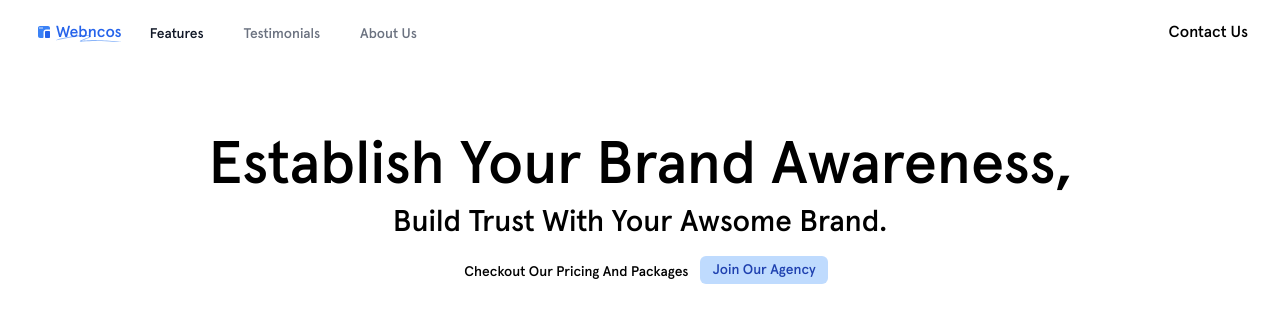
Repository: 1realjulius/webncos
Page: /
An editor plug-in stored every save of this project. The page is shown before and after the next save, followed by the edit.
The browser window is 1280 px wide. The pictures show the whole page.
The project was rebuilt for these pictures with package versions that can differ from the ones it lists, and the page was loaded fresh each time. A package was used in the major version that the imports need, not the one package.json lists. The framework's server and built-in components were replaced by stand-ins that run in the browser. Also part of the build but not shown: next.config.js.

Above is the page before, as saved 2022-08-22 04:13:52.

### pages/index.tsx
import type { NextPage } from 'next'
import Head from 'next/head'
import MainHome from '../components/MainHome'
import NavigationBar from '../components/NavigationBar'

const Home: NextPage = () => {
  return (
    <div className="flex min-h-screen flex-col font-ApercuMedium">
      <Head>
      <title>Webncos</title>
        <meta name="description" content="Website and Software Development Agency." />
        <meta property="og:type" content="website"/>
        <meta property="og:url" content="https://www.webncos.com/"/>
        <meta property="og:title" content="Webncos — Website and Software Development Agency."/>
        <meta property="og:description" content="Website and Software Development Agency."/>
        {/* <meta property="og:image" content="/Assets/newmemoji.svg"/> */}
        {/* <meta property="twitter:card" content="/Assets/Julius_Eghan.jpg"/> */}
        <meta property="twitter:url" content="https://www.webncos.com/"/>
        <meta property="twitter:title" content="Webncos — Website and Software Development Agency."/>
        <meta property="twitter:description" content="Website and Software Development Agency."/>
        {/* <meta property="twitter:image" content="/Assets/Julius_Eghan.jpg"/> */}
        <link rel="icon" href="/favicon.ico" />
        {/* <meta name="google-site-verification" content="0HesePHVymRqGiL70HUKPIq0Zsap0uUIb_Ci0DpImRY" /> */}
        <meta name="theme-color" content="#f7f2f2"   media="(prefers-color-scheme: light)"/>
        <meta name="theme-color" content="#090c10"   media="(prefers-color-scheme: dark)"/>
      </Head>
      <NavigationBar/>
      <MainHome/>

    </div>
  )
}

export default Home

### styles/globals.css
@tailwind base;
@tailwind components;
@tailwind utilities;

@layer base{
      @font-face{
        font-family: 'ApercuBold';
        src: url("/Fonts/ApercuPro-Bold.woff") format("woff"),url("/Fonts/ApercuPro-Bold.woff2") format("woff2");
      }
      @font-face{
        font-family: 'ApercuMedium';
        src: url("/Fonts/ApercuPro-Medium.woff") format("woff"),url("/Fonts/ApercuPro-Medium.woff2") format("woff2");
      }
    }

### components/MainHome.tsx
import Link from "next/link";
import React from "react";

const MainHome = () => {
  return (
    <div>
      {/* header */}
      <div>
        <div className=" flex flex-col items-center justify-center my-14">
          <div className="pt-4 pb-2">
            <h1 className="text-4xl md:text-6xl text-center">Establish Your Brand Awareness,</h1>
          </div>
          <div className="pb-4">
            <h2 className="text-xl md:text-3xl">Build Trust With Your Awsome Brand.</h2>
          </div>
          <div className="flex flex-col md:flex-row items-center">
            <div className="px-3 py-1 pb-4 md:pb-0">
              <Link href="#">
                <h3 className="text-sm">Checkout Our Pricing And Packages</h3>
              </Link>
            </div>
            <div className="px-3 py-1 rounded-md bg-blue-200">
              <Link href="#">
                <h3 className="text-blue-800 text-sm">Join Our Agency</h3>
              </Link>
            </div>
          </div>
        </div>
      </div>
      {/* Frameworks I use */}
      <div></div>
      {/* Services We offer (Features) */}
      <div></div>
      {/* Testimonials */}
      <div></div>
      {/* FAQs */}
      <div></div>
      {/* Other Sections */}
      <div></div>
    </div>
  );
};

export default MainHome;

### components/NavigationBar.tsx
/* This example requires Tailwind CSS v2.0+ */
import { Fragment } from "react";
import { Disclosure, Menu, Transition } from "@headlessui/react";
import { BellIcon, MenuIcon, XIcon } from "@heroicons/react/outline";

function classNames(...classes: string[]) {
  return classes.filter(Boolean).join(" ");
}

export default function NavigationBar() {
  return (
    <Disclosure as="nav" className="bg-white">
      {({ open }) => (
        <>
          <div className="max-w-7xl mx-auto px-4 sm:px-6 lg:px-8">
            <div className="flex justify-between h-16">
              <div className="flex">
                <div className="flex-shrink-0 flex items-center">
                  {/* the logo */}
                  <h1 className="text-base leading-none flex flex-row items-center">
                    <span>
                      <svg className="h-6 w-6 " viewBox="0 0 24 24" fill="none">
                        <path
                          fillRule="evenodd"
                          clipRule="evenodd"
                          d="M8 6C6.89543 6 6 6.89543 6 8V16C6 17.1046 6.89543 18 8 18H10.5C11.0523 18 11.5 17.5523 11.5 17V12C11.5 10.6193 12.6193 9.5 14 9.5H18V8C18 6.89543 17.1046 6 16 6H8ZM7.25 8C7.25 7.58579 7.58579 7.25 8 7.25H8.01C8.42421 7.25 8.76 7.58579 8.76 8C8.76 8.41421 8.42421 8.75 8.01 8.75H8C7.58579 8.75 7.25 8.41421 7.25 8ZM10 7.25C9.58579 7.25 9.25 7.58579 9.25 8C9.25 8.41421 9.58579 8.75 10 8.75H10.01C10.4242 8.75 10.76 8.41421 10.76 8C10.76 7.58579 10.4242 7.25 10.01 7.25H10Z"
                          fill="#E879F9"
                          className="fill-blue-500 "
                        ></path>
                        <path
                          d="M13 12C13 11.4477 13.4477 11 14 11H17C17.5523 11 18 11.4477 18 12V17C18 17.5523 17.5523 18 17 18H14C13.4477 18 13 17.5523 13 17V12Z"
                          fill="#F0ABFC"
                          className="fill-blue-600 "
                        ></path>
                      </svg>
                    </span>
                    <span className="relative whitespace-nowrap text-blue-600 cursor-pointer">
                      <svg
                        aria-hidden="true"
                        viewBox="0 0 418 42"
                        className="absolute top-2/3 left-0 h-[0.48em] w-full fill-blue-500/60"
                        preserveAspectRatio="none"
                      >
                        <path d="M203.371.916c-26.013-2.078-76.686 1.963-124.73 9.946L67.3 12.749C35.421 18.062 18.2 21.766 6.004 25.934 1.244 27.561.828 27.778.874 28.61c.07 1.214.828 1.121 9.595-1.176 9.072-2.377 17.15-3.92 39.246-7.496C123.565 7.986 157.869 4.492 195.942 5.046c7.461.108 19.25 1.696 19.17 2.582-.107 1.183-7.874 4.31-25.75 10.366-21.992 7.45-35.43 12.534-36.701 13.884-2.173 2.308-.202 4.407 4.442 4.734 2.654.187 3.263.157 15.593-.78 35.401-2.686 57.944-3.488 88.365-3.143 46.327.526 75.721 2.23 130.788 7.584 19.787 1.924 20.814 1.98 24.557 1.332l.066-.011c1.201-.203 1.53-1.825.399-2.335-2.911-1.31-4.893-1.604-22.048-3.261-57.509-5.556-87.871-7.36-132.059-7.842-23.239-.254-33.617-.116-50.627.674-11.629.54-42.371 2.494-46.696 2.967-2.359.259 8.133-3.625 26.504-9.81 23.239-7.825 27.934-10.149 28.304-14.005.417-4.348-3.529-6-16.878-7.066Z"></path>
                      </svg>
                      <span className="relative leading-none">Webncos</span>
                    </span>
                  </h1>
                </div>
                <div className="hidden sm:ml-6 sm:flex sm:space-x-8">
                  <a
                    href="#"
                    className="text-gray-900 inline-flex items-center px-1 pt-1 text-sm "
                  >
                    Features
                  </a>
                  <a
                    href="#"
                    className=" text-gray-500 hover:text-gray-700 inline-flex items-center px-1 pt-1  text-sm"
                  >
                    Testimonials
                  </a>
                  <a
                    href="#"
                    className=" text-gray-500 hover:text-gray-700 inline-flex items-center px-1 pt-1  text-sm"
                  >
                    About Us
                  </a>
                </div>
              </div>
              <div className="hidden sm:ml-6 sm:flex sm:items-center">
                <div>
                  <h2>Contact Us</h2>
                </div>
              </div>
              <div className="-mr-2 flex items-center sm:hidden">
                {/* Mobile menu button */}
                <Disclosure.Button className="inline-flex items-center justify-center p-2 rounded-full text-gray-400 hover:text-gray-500 hover:bg-gray-100 ">
                  <span className="sr-only">Open main menu</span>
                  {open ? (
                    <XIcon className="block h-6 w-6" aria-hidden="true" />
                  ) : (
                    <MenuIcon className="block h-6 w-6" aria-hidden="true" />
                  )}
                </Disclosure.Button>
              </div>
            </div>
          </div>

          <Disclosure.Panel className="sm:hidden border-2 rounded-lg px-4 mx-2">
            <div className="flex flex-col py-1 space-y-1">
                <a href="#">Features</a>
                <a href="#">Testimonials</a>
                <a href="#">About Us</a>
            </div>
            <div className="flex py-2">
                <div className="px-3 py-1 bg-blue-200 rounded-md">
                    <h2 className="text-blue-800 text-sm">Contact Us</h2>
                </div>
            </div>
          </Disclosure.Panel>
        </>
      )}
    </Disclosure>
  );
}

### tailwind.config.js
/** @type {import('tailwindcss').Config} */
module.exports = {
  content: [
    './pages/**/*.{js,ts,jsx,tsx}',
    './components/**/*.{js,ts,jsx,tsx}',
  ],
  theme: {
    extend: {
      fontFamily: {
        ApercuBold: 'ApercuBold, sans',
        ApercuMedium: 'ApercuMedium, sans',
      },
    },
  },
  plugins: [],
}

Loaded but not shown: pages/_app.tsx (common file)

After the next save:
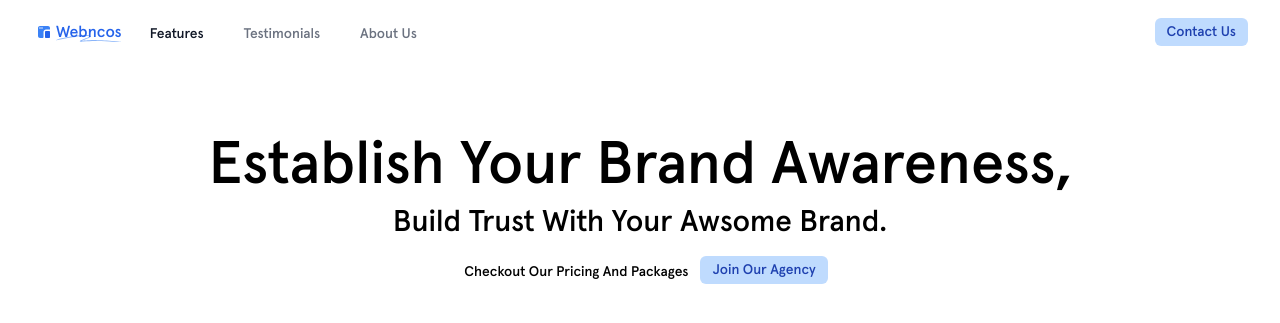
Saved 29 s later.
--- a/components/NavigationBar.tsx
+++ b/components/NavigationBar.tsx
@@ -69,8 +69,8 @@ export default function NavigationBar() {
                 </div>
               </div>
               <div className="hidden sm:ml-6 sm:flex sm:items-center">
-                <div>
-                  <h2>Contact Us</h2>
+              <div className="px-3 py-1 bg-blue-200 rounded-md">
+                    <h2 className="text-blue-800 text-sm">Contact Us</h2>
                 </div>
               </div>
               <div className="-mr-2 flex items-center sm:hidden">
